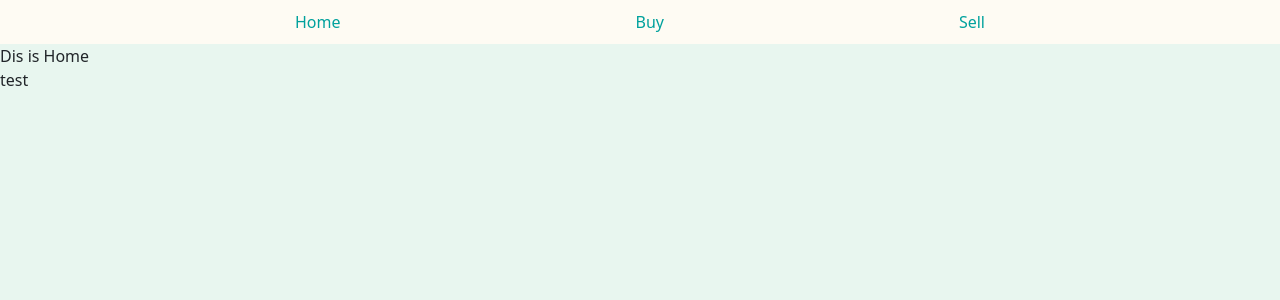
Repository: RiteshK555/itw-project
Page: http://localhost/
The author's editor kept a copy of each file at every save. The page is drawn from the files as they stood at one save, then again after the next save.
The browser window is 1280 px wide. The pictures show the whole page.
The page is served by the project's application, run on Django 3.2 (student_olx/manage.py). Other server files are loaded and not shown.

Above is the page before, as saved 2021-09-17 14:45:31.

### student_olx/main/templates/main/home.html
{%extends 'main/base.html'%}
{%block title%}
This is Home Title
{%endblock%}
{%block content %}
Dis is Home
{%endblock %}

### student_olx/main/templates/main/base.html
{% load static%}
<!DOCTYPE html>
<!--[if lt IE 7]>      <html class="no-js lt-ie9 lt-ie8 lt-ie7"> <![endif]-->
<!--[if IE 7]>         <html class="no-js lt-ie9 lt-ie8"> <![endif]-->
<!--[if IE 8]>         <html class="no-js lt-ie9"> <![endif]-->
<!--[if gt IE 8]>      <html class="no-js"> <!--<![endif]-->
<html lang="en">
    <head>
        <meta charset="utf-8">
        <meta http-equiv="X-UA-Compatible" content="IE=edge">
        <title>{%block title%}This is Base Title{%endblock%}</title>
        <meta name="description" content="">
        <meta name="viewport" content="width=device-width, initial-scale=1">
        <link href="https://cdn.jsdelivr.net/npm/bootstrap@5.1.1/dist/css/bootstrap.min.css" rel="stylesheet" integrity="sha384-F3w7mX95PdgyTmZZMECAngseQB83DfGTowi0iMjiWaeVhAn4FJkqJByhZMI3AhiU" crossorigin="anonymous">
        <link rel="stylesheet" type="text/css" href="{% static 'main/style.css'%}">
    </head>
    <div class="header">
        <a href="/">Home</a>
        <a href="/buy">Buy</a>
        <a href="/sell">Sell</a>
    </div>

    <body>
    <div id="content">
    {%block content %}Dis is Base{% endblock %}

    </div>
    {{name}}
        <!--[if lt IE 7]>
            <p class="browsehappy">You are using an <strong>outdated</strong> browser. Please <a href="#">upgrade your browser</a> to improve your experience.</p>
        <![endif]-->
        <script src="https://cdn.jsdelivr.net/npm/bootstrap@5.1.1/dist/js/bootstrap.bundle.min.js" integrity="sha384-/bQdsTh/da6pkI1MST/rWKFNjaCP5gBSY4sEBT38Q/9RBh9AH40zEOg7Hlq2THRZ" crossorigin="anonymous"></script>
        <script src="" async defer></script>
    </body>
</html>

### student_olx/main/views.py
from django.http.response import HttpResponseRedirect
from django.shortcuts import render
from .models import ToDoList,Item
# Create your views here.
from django.http import HttpResponse
from .forms import CreateNewList
def index(response,id):
    lis=ToDoList.objects.get(id=id)
    return render(response,"main/base.html",{"name":lis})
def home(response):
    return render(response,"main/home.html",{"name":"test"})
def create(response):
    if response.method == "POST":
        form=CreateNewList(response.POST)
        if form.is_valid():
            n=form.cleaned_data["name"]
            m=ToDoList(name=n)
            m.save()
        return HttpResponseRedirect("/%i" %m.id)
    else:
        form=CreateNewList()
    return render(response,"main/create.html",{"form":form})
def buy(response):
    return render(response,"main/buy.html",{})
def sell(response):
    return render(response,"main/sell.html",{})

### student_olx/student_olx/urls.py
"""student_olx URL Configuration

The `urlpatterns` list routes URLs to views. For more information please see:
    https://docs.djangoproject.com/en/3.1/topics/http/urls/
Examples:
Function views
    1. Add an import:  from my_app import views
    2. Add a URL to urlpatterns:  path('', views.home, name='home')
Class-based views
    1. Add an import:  from other_app.views import Home
    2. Add a URL to urlpatterns:  path('', Home.as_view(), name='home')
Including another URLconf
    1. Import the include() function: from django.urls import include, path
    2. Add a URL to urlpatterns:  path('blog/', include('blog.urls'))
"""
from django.contrib import admin
from django.urls import path,include

urlpatterns = [
    path('admin/', admin.site.urls),
    path("",include("main.urls")),
]

### student_olx/main/urls.py
from django.urls import path
from . import views
urlpatterns =[
    path("<int:id>",views.index,name="index"),
    path("",views.home,name="home"),
    path("create/",views.create,name="create"),
    path("buy/",views.buy,name="buy"),
    path("sell/",views.sell,name="sell")
]

### student_olx/main/static/main/style.css
h1{
    color:green;
}
.header{
    display: flex;
    justify-content: space-evenly;
    padding-top: 10px;
    padding-bottom: 10px;
    background-color:#FEFBF3;
}
a{
    color:#00A19D;
    text-decoration: none;
}
body{
    margin:0;
    background-color:#E8F6EF;
}

After the next save:
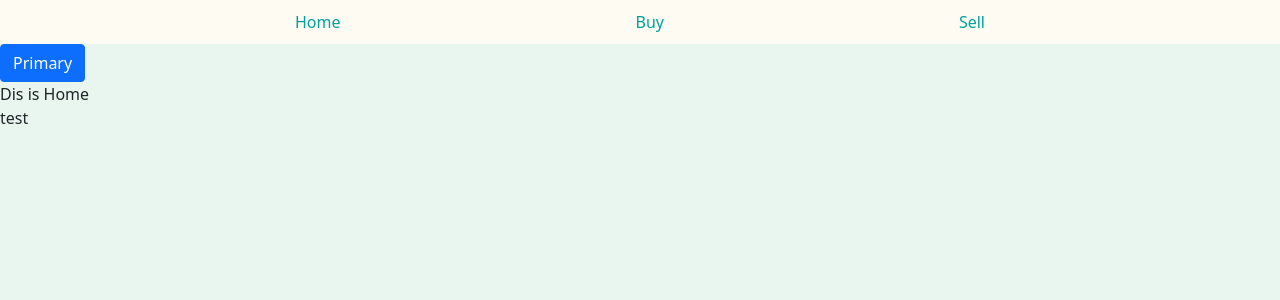
Saved 4 min 5 s later.
--- a/student_olx/main/templates/main/base.html
+++ b/student_olx/main/templates/main/base.html
@@ -19,6 +19,7 @@
         <a href="/buy">Buy</a>
         <a href="/sell">Sell</a>
     </div>
+<button type="button" class="btn btn-primary">Primary</button>
 
     <body>
     <div id="content">

After the save that followed:
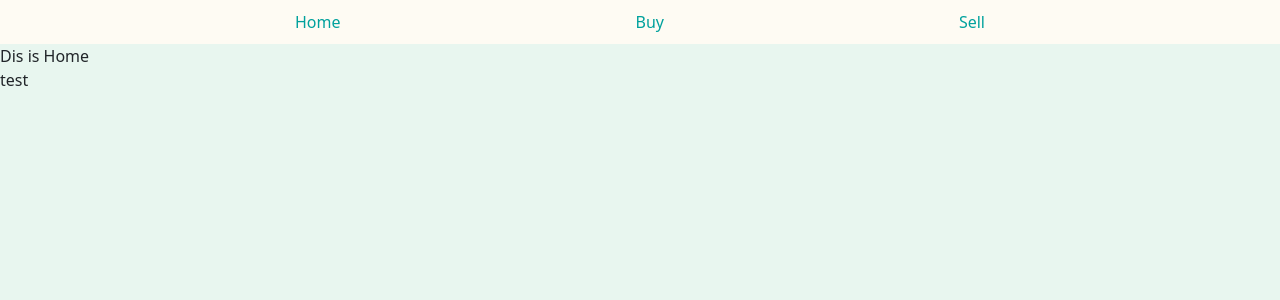
Saved 6 s later.
--- a/student_olx/main/templates/main/base.html
+++ b/student_olx/main/templates/main/base.html
@@ -19,7 +19,6 @@
         <a href="/buy">Buy</a>
         <a href="/sell">Sell</a>
     </div>
-<button type="button" class="btn btn-primary">Primary</button>
 
     <body>
     <div id="content">
